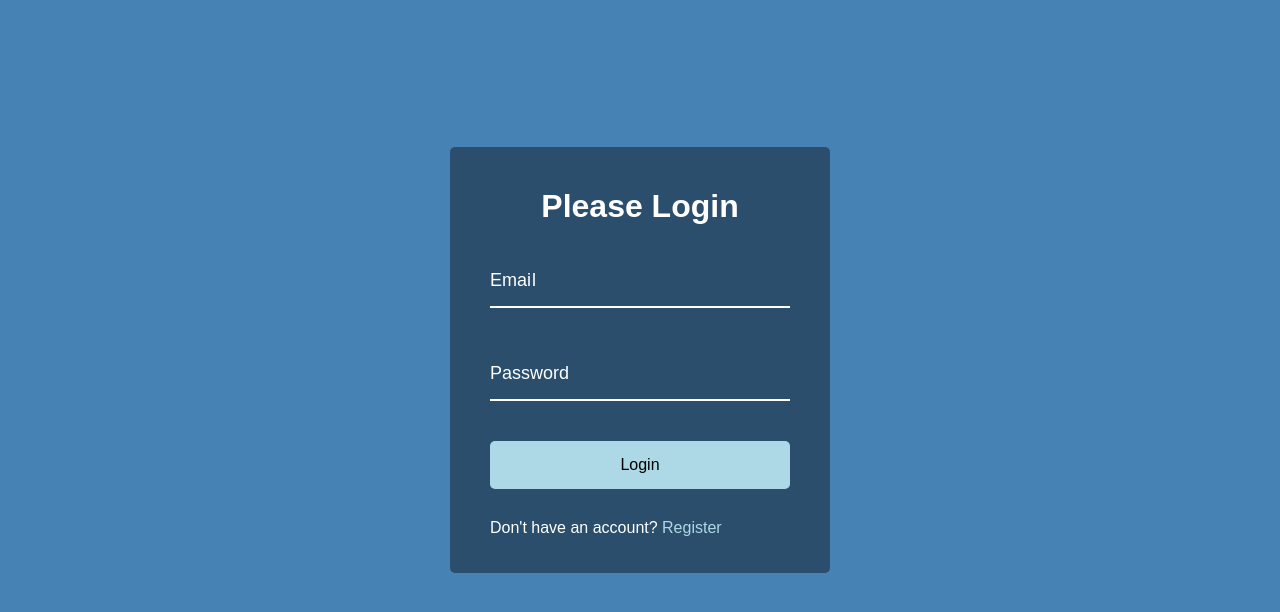
Repository: MMXiaohang/50projects50days-copy
Page: 8-form-input-wave/1-index.html
The author's editor kept a copy of each file at every save. The page is drawn from the files as they stood at one save, then again after the next save.
The browser window is 1280 px wide. The pictures show the whole page.
The first visible `.btn` has the focus.
Some web fonts or font styles are not loaded; a fallback is used.

Above is the page before, as saved 2022-07-11 23:23:14.

### 8-form-input-wave/1-index.html
<!DOCTYPE html>
<html lang="en">
  <head>
    <meta charset="UTF-8" />
    <meta name="viewport" content="width=device-width, initial-scale=1.0" />
    <link rel="stylesheet" href="1-style.css" />
    <title>Form Input Wave</title>
  </head>
  <body>
    <div class="container">
      <h1>Please Login</h1>
      <form>
        <div class="form-control">
          <input type="text" required>
          <label>Email</label>
        </div>
        <div class="form-control">
          <input type="password" required>
          <label>Password</label>
        </div>
        <button class="btn">Login</button>
        <p class="text">Don't have an account? <a href="#">Register</a> </p>
      </form>
    </div>
    <script src="1-script.js"></script>
  </body>
</html>

### 8-form-input-wave/1-style.css
@import url('https://fonts.googleapis.com/css?family=Muli&display=swap');

* {
  box-sizing: border-box;
}

body{
    background-color: steelblue;
    color:#fff;
    font-family: 'Muli', sans-serif;
    display: flex;
    flex-direction: column;
    justify-content: center;
    align-items: center;
    height: 100vh;
    overflow: hidden;
    margin: 0;
}

.container{
    background-color: rgba(0, 0, 0, 0.4);
    padding: 20px 40px;
    border-radius: 5px;
}

.container h1{
    text-align: center;
    margin-bottom: 30px;
}

.container a{
    text-decoration: none;
    color: lightblue;
}

.btn {
    cursor: pointer;
    display: inline-block;
    width: 100%;
    background-color: lightblue;
    font-family: inherit;
    padding: 15px;
    font-size: 16px;
    border: 0;
    border-radius: 5px;
}

.btn:focus{
    outline: 0;
}

.btn:active{
    transform: scale(0.98);
}

.text {
    margin-top: 30px;
}

.form-control {
    position: relative;
    margin: 20px 0 40px;
    width: 300px;
}

.form-control input{
    background-color: transparent;
    border: 0;
    border-bottom: 2px #fff solid;
    display: block;
    width: 100%;
    padding: 15px 0;
    font-size: 18px;
    color: #fff;
}

.form-control input:focus,
.form-control input:valid {
  outline: 0;
  border-bottom-color: lightblue;
}

.form-control label{
    position: absolute;
    top: 15px;
    left: 0;
    pointer-events: none;
}

.form-control label span{
    display: inline-block;
    font-size: 18px;
    min-width: 5px;
    transition: 0.3s cubic-bezier(0.68, -0.55, 0.265, 1.55);
}

.form-control input:focus + label span,
.form-control input:valid + label span {
  color: lightblue;
  transform: translateY(-30px);
}

Loaded but not shown: 8-form-input-wave/1-script.js (common file)

After the next save:
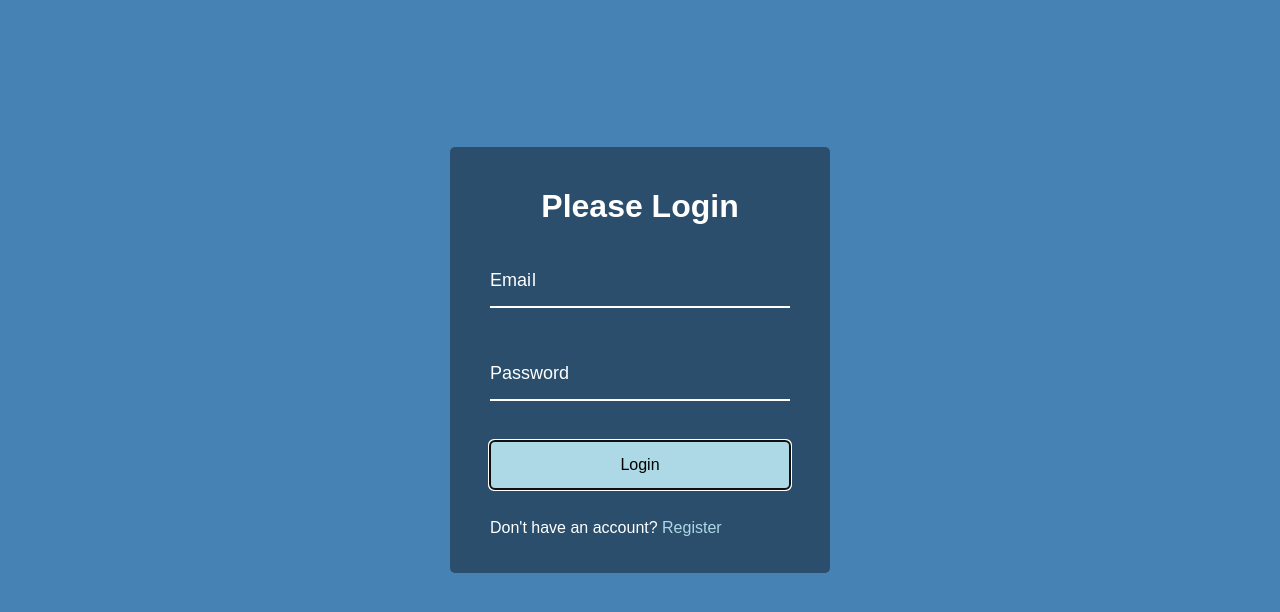
Saved 11 s later.
--- a/8-form-input-wave/1-style.css
+++ b/8-form-input-wave/1-style.css
@@ -46,7 +46,7 @@
 }
 
 .btn:focus{
-    outline: 0;
+    /* outline: 0; */
 }
 
 .btn:active{

After the save that followed:
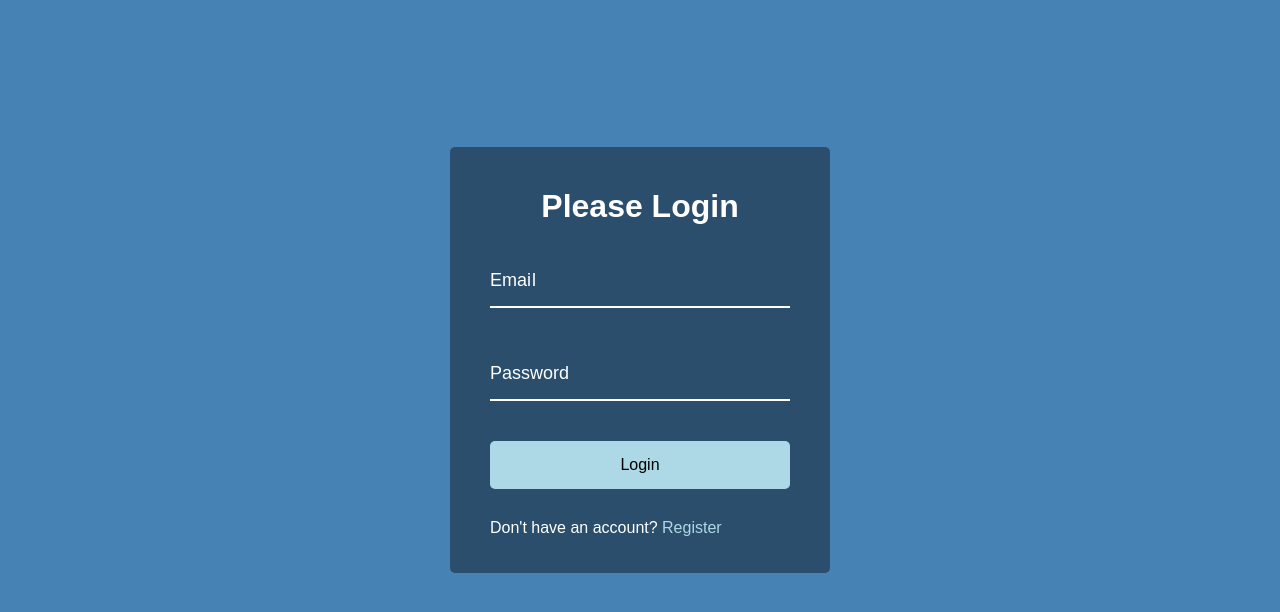
Saved 7 s later.
--- a/8-form-input-wave/1-style.css
+++ b/8-form-input-wave/1-style.css
@@ -46,7 +46,7 @@
 }
 
 .btn:focus{
-    /* outline: 0; */
+    outline: 0;
 }
 
 .btn:active{
